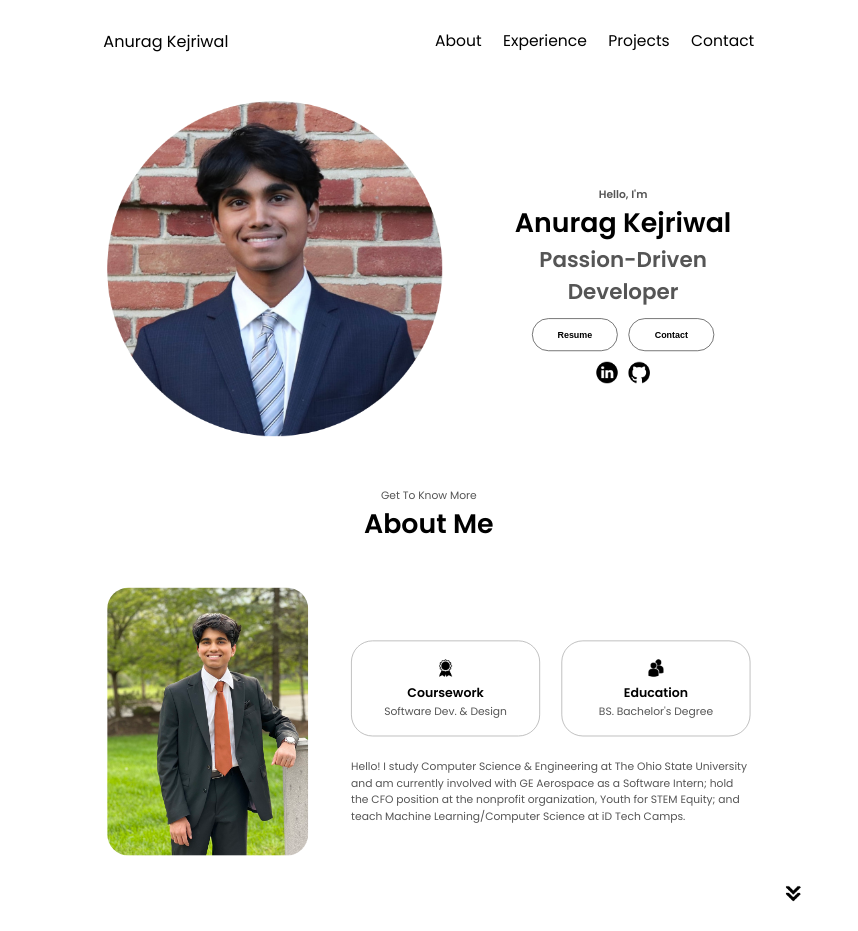
Repository: anuragkej/OldPortfolio
Page: index.html
An editor plug-in stored every save of this project. The page is shown before and after the next save, followed by the edit.
The browser window is 1280 px wide. The pictures show the whole page, at 67% of full size.

Above is the page before, as saved 2024-05-26 13:45:48.

### index.html
<!DOCTYPE html>
<html lang="en">
<head>
    <meta charset="UTF-8">
    <meta name="viewport" content="width=device-width, initial-scale=1.0">
    <title>Personal Portfolio</title>
    <link rel="stylesheet" href="style.css">
    <link rel="stylesheet" href="mediaqueries.css">
</head>
<body>
    <nav id="desktop-nav">
        <div class="logo">Anurag Kejriwal</div>
        <div>
            <ul class="nav-links">
                <li><a href="#about">About</a></li>
                <li><a href="#experience">Experience</a></li>
                <li><a href="#projects">Projects</a></li>
                <li><a href="#contact">Contact</a></li>
            </ul>
        </div>
    </nav>
    <nav id="hamburger-nav">
        <div class="logo">Anurag Kejriwal</div>
        <div class="hamburger-menu">
            <div class="hamburger-icon" onclick="toggleMenu()">
                <span></span>
                <span></span>
                <span></span>
            </div>
            <div class="menu-links">
                <li><a href="#about" onclick="toggleMenu()" >About</a></li>
                <li><a href="#experience" onclick="toggleMenu()">Experience</a></li>
                <li><a href="#projects" onclick="toggleMenu()">Projects</a></li>
                <li><a href="#contact" onclick="toggleMenu()">Contact</a></li>
            </div>
        </div>
    </nav>
    <section id="profile">
        <div class="section_pic-container">
            <img src="./assets/anuragprofpic.png" alt="Anurag Kejriwal profile picture">
        </div>
        <div class="section__text">
            <p class="section__text__p1">Hello, I'm</p>
            <h1 class="title">Anurag Kejriwal</h1>
            <p class="section__text__p2">Passion-Driven Developer</p>
            <div class="btn-container">
                <button class="btn btn-color-2"
                onclick="window.open('./assets/AnuragKejriwalResume_2026.pdf')">Resume</button>
                <button class="btn btn-color-1"
                onclick="location.href='./#contact'">Contact</button>
            </div>
            <div id="socials-container">
                <img src="./assets/linkedin.png" alt="My LinkedIn Profile"
                class ="icon" onclick="location.href='https://linkedin.com/in/anuragkejriwal1/'">
                <img src="./assets/github.png" alt="My Github Profile"
                class ="icon" onclick="location.href='https://github.com/anuragkej'">
            </div>
        </div>
    </section>
    <section id="about">
        <p class="section__text__p1">Get To Know More</p>
        <h1 class="title">About Me</h1>
        <div class="section-container">
        <div class="section__pic-container">
            <img src="./assets/E4CC9343-5963-4651-9569-35505B2238C1_1_105_c.jpeg" alt="Profile Picture" class="about-pic"/>
        </div>
        <div class="about-details-container">
            <div class="about-containers">
                <div class="details-container">
                    <img src="./assets/experience.png" alt="Experience icon" class="icon"/>
                    <h3>Coursework</h3>
                    <p>Software Dev. & Design</p>
                </div>
                <div class="details-container">
                    <img src="./assets/education.png" alt="Education icon" class="icon"/>
                    <h3>Education</h3>
                    <p>BS. Bachelor's Degree </p>
                </div>
            </div>

        <div class="text-container">
            <p>Hello! I study Computer Science & Engineering at The Ohio State University and am currently involved with GE Aerospace as a Software Intern; hold the CFO position at the nonprofit organization, Youth for STEM Equity; and teach Machine Learning/Computer Science at iD Tech Camps.</p>
        </div>
        </div>
        <img src="./assets/arrow.png"
        alt="Arrow icon"
        class="icon arrow"
        onclick = "location.href='./#experience'"
        >
    </section>
    <script src="script.js"></script>

</body>
</html>

### style.css
/* General */

@import url('https://fonts.googleapis.com/css2?family=Poppins:wght@300;400;500;600&display=swap');
*{
    margin: 0;
    padding: 0;
}

body{
    font-family: "Poppins", sans-serif;
}

html{
    scroll-behavior: smooth;
}

p{
    color: rgb(85, 85, 85);
}

/* Transition */
/* all the links, with button*/

a,
.btn{
    transition: all 300ms ease;
}

/*Desktop navigation */

nav, .nav-links {
    display: flex;
}

nav{
    justify-content: space-around;
    align-items: center;
    height: 17vh;
}

.nav-links{
    gap: 2rem;
    list-style: none;
    font-size: 1.45rem;
}

a{
    color: black;
    text-decoration: none;
    text-decoration-color: white;

}

a:hover{
    color: grey;
    text-decoration: underline;
    text-underline-offset: 0.7rem;
    text-decoration-color: rgb(181, 181, 181);
}

.logo{
    font-size: 1.5rem
}

.logo:hover{
    cursor:default;
}

/*Hamburger menu */

#hamburger-nav{
    display: none;
}

.hamburger-menu{
    position: relative;
    display: inline-block;
}

.hamburger-icon{
    display: flex;
    flex-direction: column;
    justify-content: space-between;
    height: 24px;
    width: 30px;
    cursor: pointer;
}

.hamburger-icon span{
    width: 100%;
    height: 2px;
    background-color: black;
    transition: all 0.3 ease-in-out;
}

.menu-links{
    position: absolute;
    top: 100%;
    right: 0%;
    background-color: white;
    width: fit-content;
    max-height: 0;
    overflow: hidden;
    transition: all 0.3 ease-in-out;
}

.menu-links a{
    display: block;
    padding: 10px;
    text-align: center;
    font-size: 1.5rem;
    color:black;
    text-decoration: none;
    transition: all 0.3 ease-in-out;

}

.menu-links li{
    list-style: none;
}

.menu-links.open{
    max-height: 300px;
}

.hamburger-icon.open span:first-child{
    transform: rotate(45deg) translate(10px, 5px);
}
.hamburger-icon.open span:nth-child(2){
    opacity: 0;
}
.hamburger-icon.open span:last-child{
    transform: rotate(-45deg) translate(10px, -5px);
}

.hamburger-icon span:first-child{
    transform: none;
}
.hamburger-icon span:first-child{
    opacity: 1;
}
.hamburger-icon span:first-child{
    transform: none;
}

/*Sections*/

section{
    padding-top: 4vh;
    height: 96vh;
    margin: 0 10rem;
    box-sizing: border-box;
    min-height: fit-content;
}

.section-container{
    display: flex;
}

/*Profile Section*/

#profile {
    display: flex;
    justify-content: center;
    gap: 5rem;
    height: 80vh;
}

.section__pic-container{
    display: flex;
    height: 400px;
    width: 400px;
    margin: auto 0;
}

.section__text{
    align-self: center;
    text-align: center;

}

.section__text p{
    font-weight: 600;
}

.section__text__p1{
    text-align: center;
}
.section__text__p2{
    font-size: 2rem;
    margin-bottom: 1rem;
}

.title{
    font-size: 2.5rem;
    text-align: center;
}

#socials-container{
    display: flex;
    justify-content: center;
    margin-top: 1rem;
    gap: 1rem;
}

/*Icon*/

.icon{
    cursor: pointer;
    height: 2rem;
}

/*Buttons*/

.btn-container{
    display: flex;
    justify-content: center;
    gap: 1rem;

}

.btn{
    font-weight: 600;
    transition: all 300ms ease;
    padding: 1rem;
    width: 8rem;
    border-radius: 2rem;
}

.btn-color-1, .btn-color-2{
    border: rgb(53,53,53) 0.1rem solid;
}

.btn-color-1:hover, .btn-color-2:hover{
    cursor: pointer;
}


.btn-color-1:hover, .btn-color-2:hover{
    background: rgb(42, 42, 42);
    color: white;
}

.btn-color-2, .btn-color-1 {
    background: none;
}

.btn-color-2:hover{
    border: rgb(255,255,255) 0.3rem solid;
}


.btn-color-1:hover{
    border: rgb(255,255,255) 0.3rem solid;
}

.btn-container {
    gap: 1rem;
}

/*About section*/

#about{
    position: relative;
}

.about-containers{
    gap:2rem;
    margin-bottom: 2rem;
    margin-top: 2rem;
}

.about-details-container{
    justify-content: center;
    flex-direction: column;

}

.about-containers, .about-details-container{
    display: flex;
}

.about-pic{
    border-radius: 2rem;
}

.arrow{
    position: absolute;
    right: -5rem;
    bottom: 2.5rem;
}

.details-container{
    padding: 1.5rem;
    flex: 1;
    background: white;
    border-radius: 2rem;
    border: rgb(53, 53, 53) 0.1rem solid;
    border-color: rgb(163, 163, 163);
    text-align: center;
}

.section-container{
    gap: 4rem;
    height: 80%;
}

.section__pic-container{
    height: 400px;
    width: 400px;
    margin: auto 0
}
/* General */

@import url('https://fonts.googleapis.com/css2?family=Poppins:wght@300;400;500;600&display=swap');
*{
    margin: 0;
    padding: 0;
}

body{
    font-family: "Poppins", sans-serif;
}

html{
    scroll-behavior: smooth;
}

p{
    color: rgb(85, 85, 85);
}

/* Transition */
/* all the links, with button*/

a,
.btn{
    transition: all 300ms ease;
}

/*Desktop navigation */

nav, .nav-links {
    display: flex;
}

nav{
    justify-content: space-around;
    align-items: center;
    height: 17vh;
}

.nav-links{
    gap: 2rem;
    list-style: none;
    font-size: 1.45rem;
}

a{
    color: black;
    text-decoration: none;
    text-decoration-color: white;

}

a:hover{
    color: grey;
    text-decoration: underline;
    text-underline-offset: 0.7rem;
    text-decoration-color: rgb(181, 181, 181);
}

.logo{
    font-size: 1.5rem
}

.logo:hover{
    cursor:default;
}

/*Hamburger menu */

#hamburger-nav{
    display: none;
}

.hamburger-menu{
    position: relative;
    display: inline-block;
}

.hamburger-icon{
    display: flex;
    flex-direction: column;
    justify-content: space-between;
    height: 24px;
    width: 30px;
    cursor: pointer;
}

.hamburger-icon span{
    width: 100%;
    height: 2px;
    background-color: black;
    transition: all 0.3 ease-in-out;
}

.menu-links{
    position: absolute;
    top: 100%;
    right: 0%;
    background-color: white;
    width: fit-content;
    max-height: 0;
    overflow: hidden;
    transition: all 0.3 ease-in-out;
}

.menu-links a{
    display: block;
    padding: 10px;
    text-align: center;
    font-size: 1.5rem;
    color:black;
    text-decoration: none;
    transition: all 0.3 ease-in-out;

}

.menu-links li{
    list-style: none;
}

.menu-links.open{
    max-height: 300px;
}

.hamburger-icon.open span:first-child{
    transform: rotate(45deg) translate(10px, 5px);
}
.hamburger-icon.open span:nth-child(2){
    opacity: 0;
}
.hamburger-icon.open span:last-child{
    transform: rotate(-45deg) translate(10px, -5px);
}

.hamburger-icon span:first-child{
    transform: none;
}
.hamburger-icon span:first-child{
    opacity: 1;
}
.hamburger-icon span:first-child{
    transform: none;
}

/*Sections*/

section{
    padding-top: 4vh;
    height: 96vh;
    margin: 0 10rem;
    box-sizing: border-box;
    min-height: fit-content;
}

.section-container{
    display: flex;
}

/*Profile Section*/

#profile {
    display: flex;
    justify-content: center;
    gap: 5rem;
    height: 80vh;
}

.section__pic-container{
    display: flex;
    height: 400px;
    width: 400px;
    margin: auto 0;
}

.section__text{
    align-self: center;
    text-align: center;

}

.section__text p{
    font-weight: 600;
}

.section__text__p1{
    text-align: center;
}
.section__text__p2{
    font-size: 2rem;
    margin-bottom: 1rem;
}

.title{
    font-size: 2.5rem;
    text-align: center;
}

#socials-container{
    display: flex;
    justify-content: center;
    margin-top: 1rem;
    gap: 1rem;
}

/*Icon*/

.icon{
    cursor: pointer;
    height: 2rem;
}

/*Buttons*/

.btn-container{
    display: flex;
    justify-content: center;
    gap: 1rem;

}

.btn{
    font-weight: 600;
    transition: all 300ms ease;
    padding: 1rem;
    width: 8rem;
    border-radius: 2rem;
}

.btn-color-1, .btn-color-2{
    border: rgb(53,53,53) 0.1rem solid;
}

.btn-color-1:hover, .btn-color-2:hover{
    cursor: pointer;
}


.btn-color-1:hover, .btn-color-2:hover{
    background: rgb(42, 42, 42);
    color: white;
}

.btn-color-2, .btn-color-1 {
    background: none;
}

.btn-color-2:hover{
    border: rgb(255,255,255) 0.3rem solid;
}


.btn-color-1:hover{
    border: rgb(255,255,255) 0.3rem solid;
}

.btn-container {
    gap: 1rem;
}

/*About section*/

#about{
    position: relative;
}

.about-containers{
    gap:2rem;
    margin-bottom: 2rem;
    margin-top: 2rem;
}

.about-details-container{
    justify-content: center;
    flex-direction: column;

}

.about-containers, .about-details-container{
    display: flex;
}

.about-pic{
    border-radius: 2rem;
}

.arrow{
    position: absolute;
    right: -5rem;
    bottom: 2.5rem;
}

.details-container{
    padding: 1.5rem;
    flex: 1;
    background: white;
    border-radius: 2rem;
    border: rgb(53, 53, 53) 0.1rem solid;
    border-color: rgb(163, 163, 163);
    text-align: center;
}
/* General */

@import url('https://fonts.googleapis.com/css2?family=Poppins:wght@300;400;500;600&display=swap');
*{
    margin: 0;
    padding: 0;
}

body{
    font-family: "Poppins", sans-serif;
}

html{
    scroll-behavior: smooth;
}

p{
    color: rgb(85, 85, 85);
}

/* Transition */
/* all the links, with button*/

a,
.btn{
    transition: all 300ms ease;
}

/*Desktop navigation */

nav, .nav-links {
    display: flex;
}

nav{
    justify-content: space-around;
    align-items: center;
    height: 17vh;
}

.nav-links{
    gap: 2rem;
    list-style: none;
    font-size: 1.45rem;
}

a{
    color: black;
    text-decoration: none;
    text-decoration-color: white;

}

a:hover{
    color: grey;
    text-decoration: underline;
    text-underline-offset: 0.7rem;
    text-decoration-color: rgb(181, 181, 181);
}

.logo{
    font-size: 1.5rem
}

.logo:hover{
    cursor:default;
}

/*Hamburger menu */

#hamburger-nav{
    display: none;
}

.hamburger-menu{
    position: relative;
    display: inline-block;
}

.hamburger-icon{
    display: flex;
    flex-direction: column;
    justify-content: space-between;
    height: 24px;
    width: 30px;
    cursor: pointer;
}

.hamburger-icon span{
    width: 100%;
    height: 2px;
    background-color: black;
    transition: all 0.3 ease-in-out;
}

.menu-links{
    position: absolute;
    top: 100%;
    right: 0%;
    background-color: white;
    width: fit-content;
    max-height: 0;
    overflow: hidden;
    transition: all 0.3 ease-in-out;
}

.menu-links a{
    display: block;
    padding: 10px;
    text-align: center;
    font-size: 1.5rem;
    color:black;
    text-decoration: none;
    transition: all 0.3 ease-in-out;

}

.menu-links li{
    list-style: none;
}

.menu-links.open{
    max-height: 300px;
}

.hamburger-icon.open span:first-child{
    transform: rotate(45deg) translate(10px, 5px);
}
.hamburger-icon.open span:nth-child(2){
    opacity: 0;
}
.hamburger-icon.open span:last-child{
    transform: rotate(-45deg) translate(10px, -5px);
}

.hamburger-icon span:first-child{
    transform: none;
}
.hamburger-icon span:first-child{
    opacity: 1;
}
.hamburger-icon span:first-child{
    transform: none;
}

/*Sections*/

section{
    padding-top: 4vh;
    height: 96vh;
    margin: 0 10rem;
    box-sizing: border-box;
    min-height: fit-content;
}

.section-container{
    display: flex;
}

/*Profile Section*/

#profile {
    display: flex;
    justify-content: center;
    gap: 5rem;
    height: 80vh;
}

.section__pic-container{
    display: flex;
    height: 400px;
    width: 400px;
    margin: auto 0;
}

.section__text{
    align-self: center;
    text-align: center;

}

.section__text p{
    font-weight: 600;
}

.section__text__p1{
    text-align: center;
}
.section__text__p2{
    font-size: 2rem;
    margin-bottom: 1rem;
}

.title{
    font-size: 2.5rem;
    text-align: center;
}

#socials-container{
    display: flex;
    justify-content: center;
    margin-top: 1rem;
    gap: 1rem;
}

/*Icon*/

.icon{
    cursor: pointer;
    height: 2rem;
}

/*Buttons*/

.btn-container{
    display: flex;
    justify-content: center;
    gap: 1rem;

}

.btn{
    font-weight: 600;
    transition: all 300ms ease;
    padding: 1rem;
    width: 8rem;
    border-radius: 2rem;
}

.btn-color-1, .btn-color-2{
    border: rgb(53,53,53) 0.1rem solid;
}

.btn-color-1:hover, .btn-color-2:hover{
    cursor: pointer;
}


.btn-color-1:hover, .btn-color-2:hover{
    background: rgb(42, 42, 42);
    color: white;
}

.btn-color-2, .btn-color-1 {
    background: none;
}

.btn-color-2:hover{
    border: rgb(255,255,255) 0.3rem solid;
}


.btn-color-1:hover{
    border: rgb(255,255,255) 0.3rem solid;
}

.btn-container {
    gap: 1rem;
}

/*About section*/

#about{
    position: relative;
}

.about-containers{
    gap:2rem;
    margin-bottom: 2rem;
    margin-top: 2rem;
}

.about-details-container{
    justify-content: center;
    flex-direction: column;

}

.about-containers, .about-details-container{
    display: flex;
}

.about-pic{
    border-radius: 2rem;
}

.arrow{
    position: absolute;
    right: -5rem;
    bottom: 2.5rem;
}
/* General */

@import url('https://fonts.googleapis.com/css2?family=Poppins:wght@300;400;500;600&display=swap');
*{
    margin: 0;
    padding: 0;
}

body{
    font-family: "Poppins", sans-serif;
}

html{
    scroll-behavior: smooth;
}

p{
    color: rgb(85, 85, 85);
}

/* Transition */
/* all the links, with button*/

a,
.btn{
    transition: all 300ms ease;
}

/*Desktop navigation */

nav, .nav-links {
    display: flex;
}

nav{
    justify-content: space-around;
    align-items: center;
    height: 17vh;
}

.nav-links{
    gap: 2rem;
    list-style: none;
    font-size: 1.45rem;
}

a{
    color: black;
    text-decoration: none;
    text-decoration-color: white;

}

a:hover{
    color: grey;
    text-decoration: underline;
    text-underline-offset: 0.7rem;
    text-decoration-color: rgb(181, 181, 181);
}

.logo{
    font-size: 1.5rem
}

.logo:hover{
    cursor:default;
}

/*Hamburger menu */

#hamburger-nav{
    display: none;
}

.hamburger-menu{
    position: relative;
    display: inline-block;
}

.hamburger-icon{
    display: flex;
    flex-direction: column;
    justify-content: space-between;
    height: 24px;
    width: 30px;
    cursor: pointer;
}

.hamburger-icon span{
    width: 100%;
    height: 2px;
    background-color: black;
    transition: all 0.3 ease-in-out;
}

.menu-links{
    position: absolute;
    top: 100%;
    right: 0%;
    background-color: white;
    width: fit-content;
    max-height: 0;
    overflow: hidden;
    transition: all 0.3 ease-in-out;
}

.menu-links a{
    display: block;
    padding: 10px;
    text-align: center;
    font-size: 1.5rem;
    color:black;
    text-decoration: none;
    transition: all 0.3 ease-in-out;

}

.menu-links li{
    list-style: none;
}

.menu-links.open{
    max-height: 300px;
}

.hamburger-icon.open span:first-child{
    transform: rotate(45deg) translate(10px, 5px);
}
.hamburger-icon.open span:nth-child(2){
    opacity: 0;
}
.hamburger-icon.open span:last-child{
    transform: rotate(-45deg) translate(10px, -5px);
}

.hamburger-icon span:first-child{
    transform: none;
}
.hamburger-icon span:first-child{
    opacity: 1;
}
.hamburger-icon span:first-child{
    transform: none;
}

/*Sections*/

section{
    padding-top: 4vh;
    height: 96vh;
    margin: 0 10rem;
    box-sizing: border-box;
    min-height: fit-content;
}

.section-container{
    display: flex;
}

/*Profile Section*/

#profile {
    display: flex;
    justify-content: center;
    gap: 5rem;
    height: 80vh;
}

.section__pic-container{
    display: flex;
    height: 400px;
    width: 400px;
    margin: auto 0;
}

.section__text{
    align-self: center;
    text-align: center;

}

.section__text p{
    font-weight: 600;
}

.section__text__p1{
    text-align: center;
}
.section__text__p2{
    font-size: 2rem;
    margin-bottom: 1rem;
}

.title{
    font-size: 2.5rem;
    text-align: center;
}

#socials-container{
    display: flex;
    justify-content: center;
    margin-top: 1rem;
    gap: 1rem;
}

/*Icon*/

.icon{
    cursor: pointer;
    height: 2rem;
}

/*Buttons*/

.btn-container{
    display: flex;
    justify-content: center;
    gap: 1rem;

}

.btn{
    font-weight: 600;
    transition: all 300ms ease;
    padding: 1rem;
    width: 8rem;
    border-radius: 2rem;
}

.btn-color-1, .btn-color-2{
    border: rgb(53,53,53) 0.1rem solid;
}

.btn-color-1:hover, .btn-color-2:hover{
    cursor: pointer;
}


.btn-color-1:hover, .btn-color-2:hover{
    background: rgb(42, 42, 42);
    color: white;
}

.btn-color-2, .btn-color-1 {
    background: none;
}

.btn-color-2:hover{
    border: rgb(255,255,255) 0.3rem solid;
}


.btn-color-1:hover{
    border: rgb(255,255,255) 0.3rem solid;
}

.btn-container {
    gap: 1rem;
}

/*About section*/

#about{
    position: relative;
}

.about-containers{
    gap:2rem;
}

.about-details-container{
    justify-content: center;
    flex-direction: column;

}

.about-containers, .about-details-container{
    display: flex;
}

.about-pic{
    border-radius: 2rem;
}

.arrow{
    position: absolute;
    right: -5rem;
    bottom: 2.5rem;
}

### mediaqueries.css
@media screen and (max-width: 1200px) {
    #desktop-nav {
        display: none;
    }
    #hamburger-nav{
        display: flex;
    }
}

### script.js
function toggleMenu(){
    const menu = document.querySelector(".menu-links");
    const icon = document.querySelector(".hamburger-icon");
    menu.classList.toggle("open");
    icon.classList.toggle("open");
}
function toggleMenu(){
    const menu = document.querySelector(".menu-links");
    const icon = document.querySelector(".hamburger-icon");
    menu.classList.toggle("open");
    icon.classList.toggle("open");
}

After the next save:
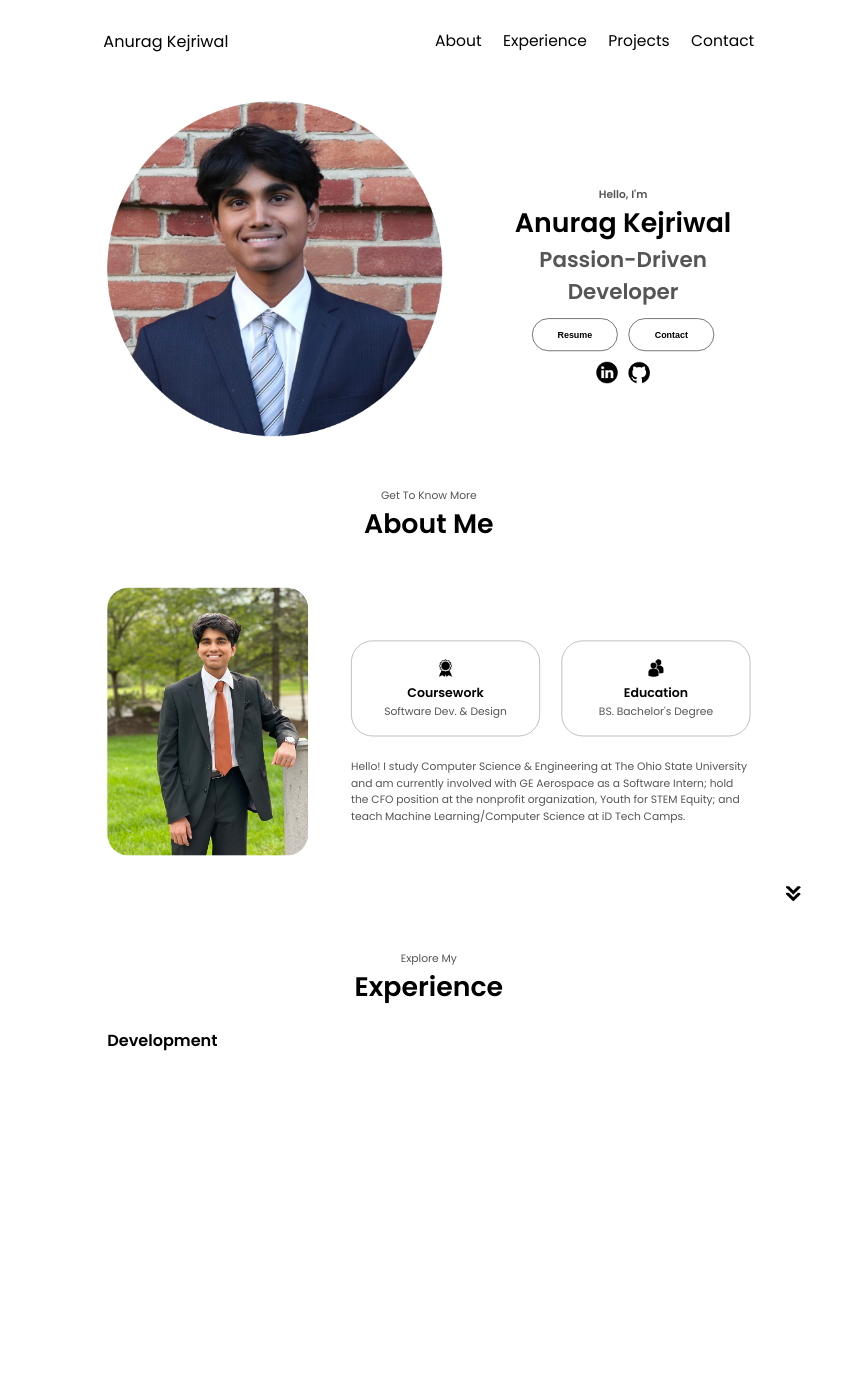
Saved 5 h 18 min later.
--- a/index.html
+++ b/index.html
@@ -88,6 +88,22 @@
         onclick = "location.href='./#experience'"
         >
     </section>
+    <section id="experience">
+        <p class="section__text__p1">Explore My</p>
+        <h1 class="title">Experience</h1>
+        <div class="experience-details-container">
+            <div class="about-containers">
+                <div class="details-containers">
+                    <h2 class="experience-sub-title">Development</h2>
+                    <div class="article-container">
+                        <article>
+                            <img src="" alt="">
+                        </article>
+                    </div>
+                </div>
+            </div>
+        </div>
+    </section>
     <script src="script.js"></script>
 
 </body>
